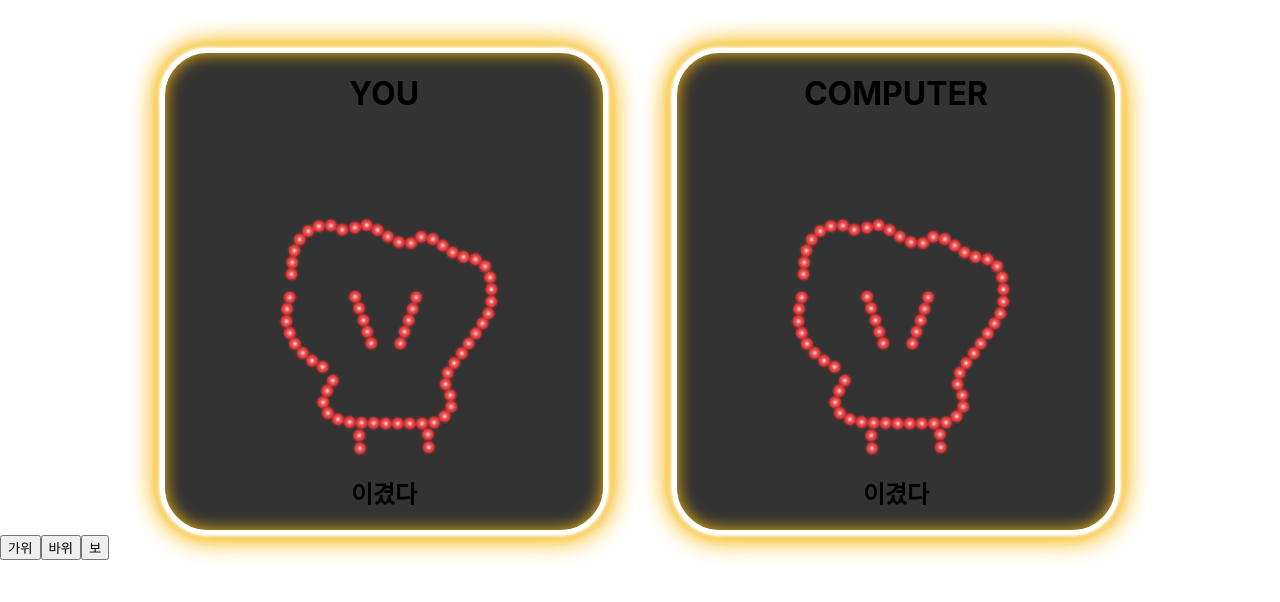
Repository: KIMMIHYE12/classComponent
Page: /
An editor plug-in stored every save of this project. The page is shown before and after the next save, followed by the edit.
The browser window is 1280 px wide. The pictures show the whole page.
The project was rebuilt for these pictures with package versions that can differ from the ones it lists, and the page was loaded fresh each time.

Above is the page before, as saved 2024-03-18 21:00:53.

After the next save:
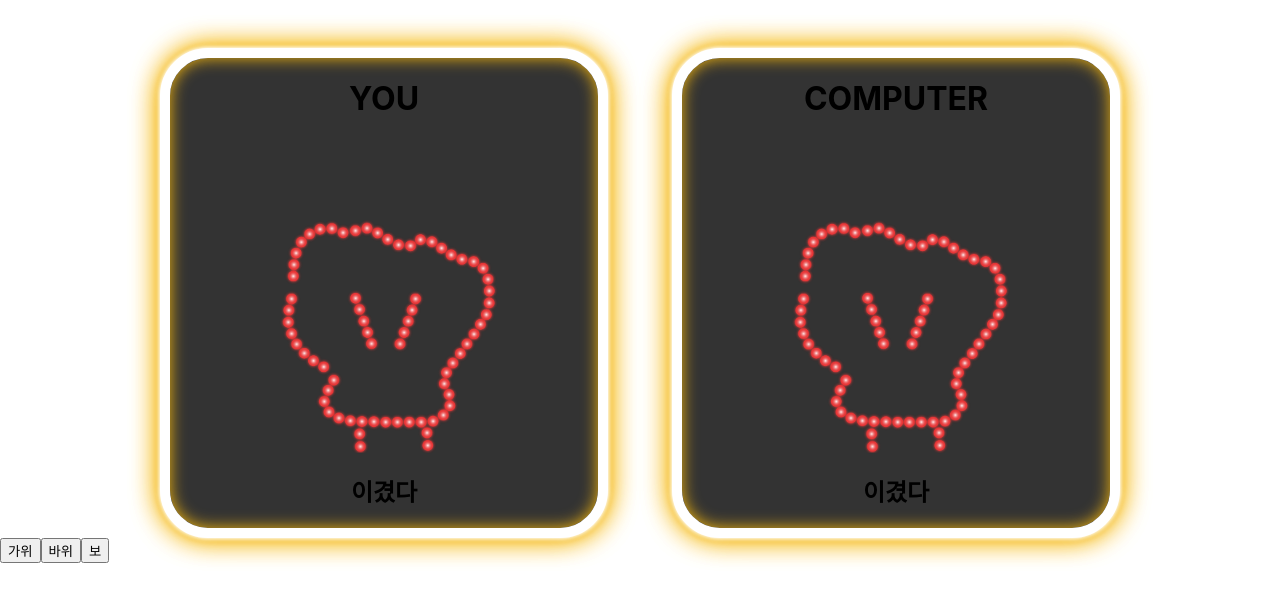
Saved 88 s later.
--- a/src/App.css
+++ b/src/App.css
@@ -16,7 +16,7 @@
   align-items: center;
   flex-direction: column;
   margin: 0 2em;
-  border: 5px solid #fff;
+  border: 10px solid #fff;
   background: #333;
   border-radius: 3rem;
   box-shadow: 0 0 5px #fff, 0 0 5px #fff, 0 0 28px #f5b70c, 0 0 8px #f5b70c,
